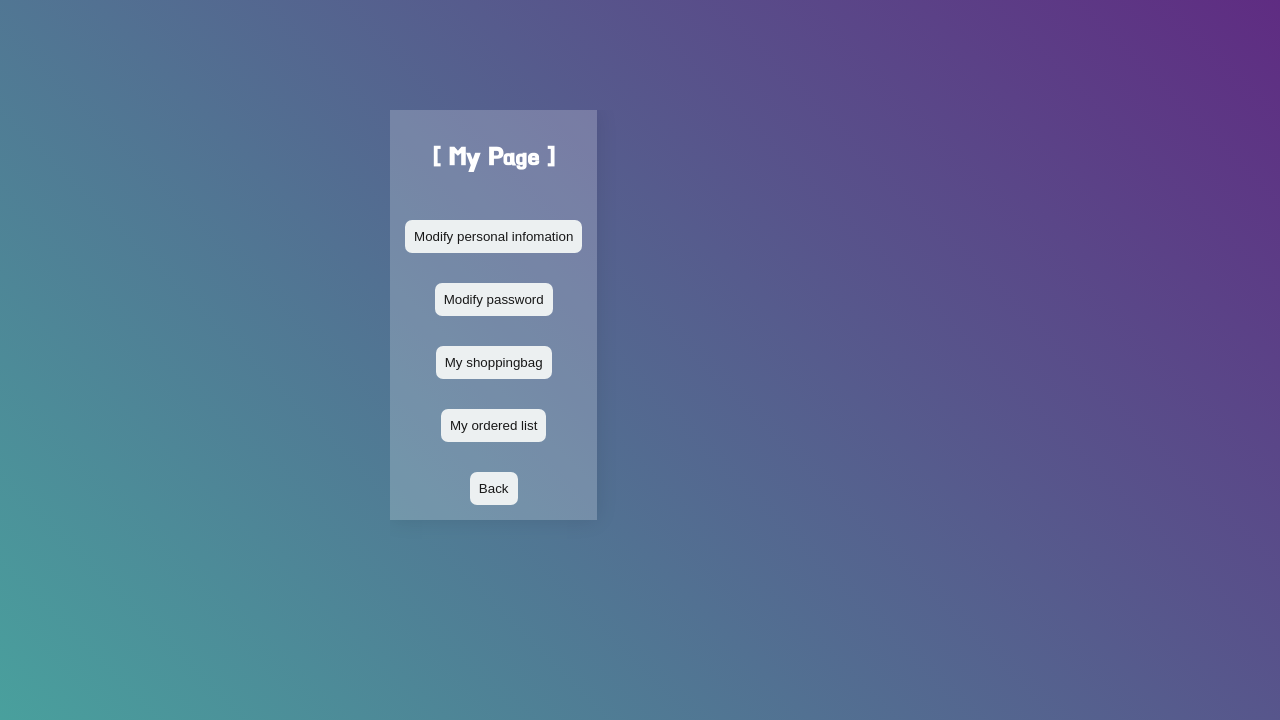
Repository: MIR013/KNU_DB_Project_Team5
Page: http://localhost/Databaase/my_page.html
An editor plug-in stored every save of this project. The page is shown before and after the next save, followed by the edit.
The browser window is 1280 px wide. The pictures show the whole page.
The page is served by Tomcat 9. Nobody is signed in. The application's start-up code is not run.

Above is the page before, as saved 2018-11-22 12:29:14.

After the next save:
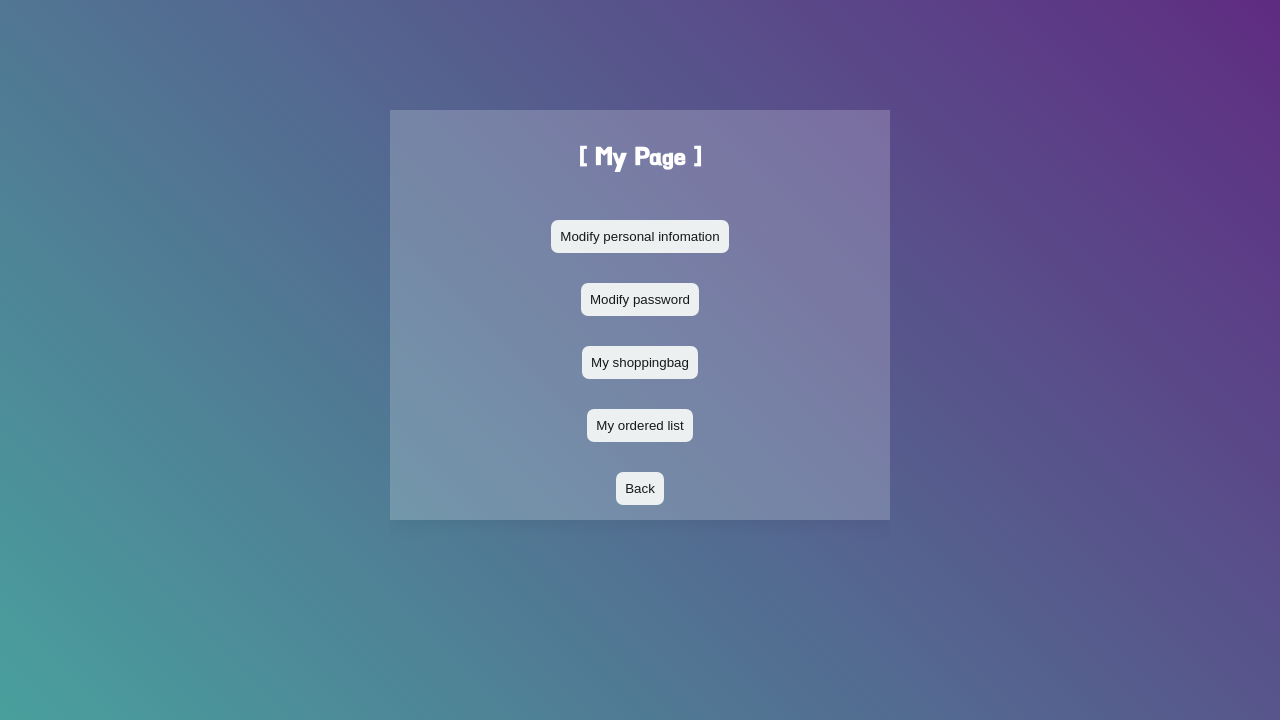
Saved 31 s later.
--- a/dbphase/Databaase/WebContent/mystyle.css
+++ b/dbphase/Databaase/WebContent/mystyle.css
@@ -49,7 +49,6 @@ body {
 
 .container {
 	height:500px;
-	width:500px;
 	overflow: auto;
 	position: absolute;
 	top: 50%;
@@ -58,7 +57,7 @@ body {
 }
 
 table {
-	/*width: 800px;*/
+	width: 500px;
 	overflow: hidden;
 	border-collapse: collapse;
 	box-shadow: 0 0 20px rgba(0,0,0,0.1);
